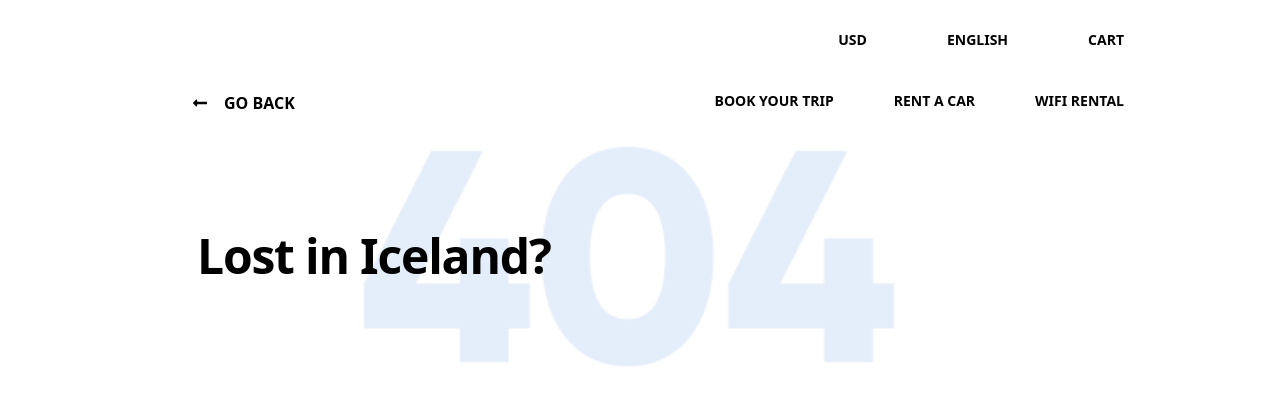
Repository: uh-sman/Iceland
Page: /
These files come from the project's save history. The page is drawn as it stood at one moment and after the next save; the edit follows.
The browser window is 1280 px wide. The pictures show the whole page.
The project was rebuilt for these pictures with package versions that can differ from the ones it lists, and the page was loaded fresh each time.

Above is the page before, as saved 2022-09-08 21:39:33.

After the next save:
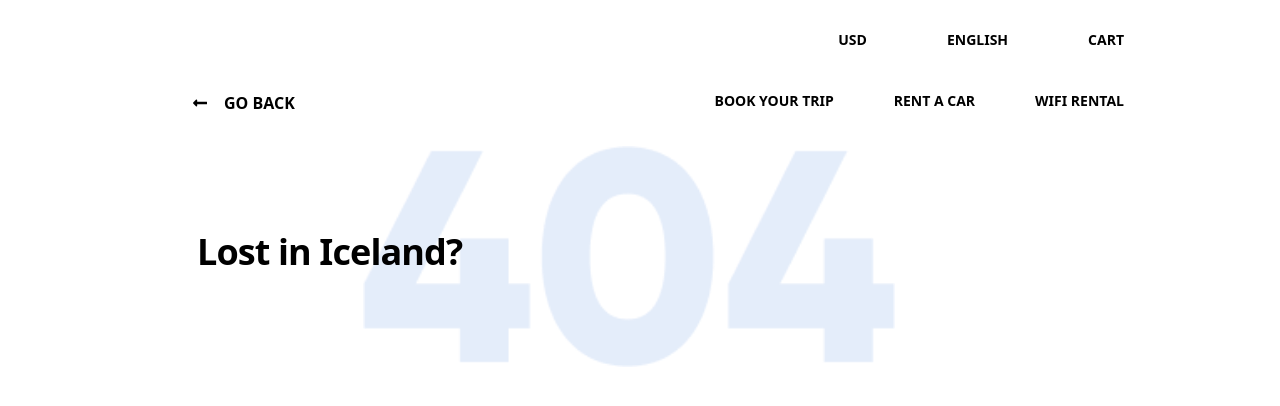
Saved 24 min 9 s later.
--- a/src/components/Hero.js
+++ b/src/components/Hero.js
@@ -10,7 +10,7 @@ export const Hero = () => {
         />
       </div>
       <div className="container inset-3">
-        <h1 className="font-semibold text-5xl absolute left-[197px] top-[232px] tracking-tight">
+        <h1 className="font-semibold text-4xl absolute left-[197px] top-[232px] tracking-tight">
           Lost in Iceland?
         </h1>
       </div>
